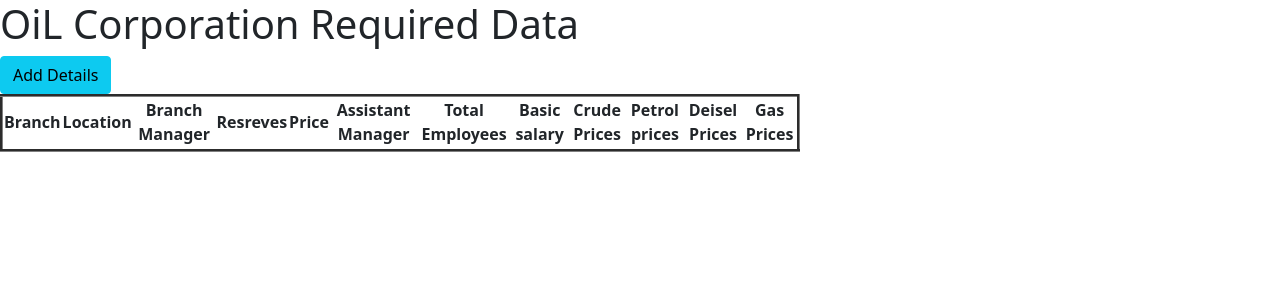
Repository: veerrajuMareddi/demo
Page: http://localhost/OilCorporation/views/unique.jsp
These files come from the project's save history. The page is drawn as it stood at one moment and after the next save; the edit follows.
The browser window is 1280 px wide. The pictures show the whole page.
The page is served by Tomcat 9. The template is opened directly, without the code that normally fills it, so the values that code supplies are empty.

Above is the page before, as saved 2022-05-03 13:31:46.

After the next save:
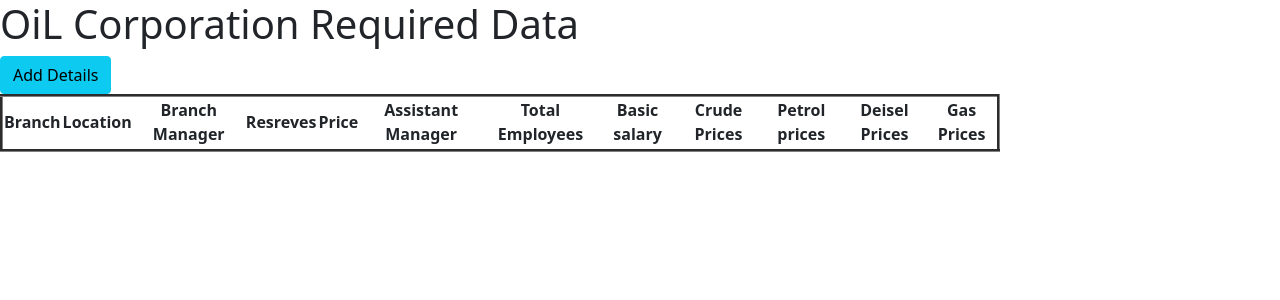
Saved 33 s later.
--- a/OilCorporation/src/main/webapp/views/unique.jsp
+++ b/OilCorporation/src/main/webapp/views/unique.jsp
@@ -29,7 +29,7 @@ pageEncoding="ISO-8859-1"%>
 <a class="btn btn-info" href="/src/callsave">Add Details</a>
 
 <br>
-<table border="3" width=800 style="text-align:center">
+<table border="3" width=1000 style="text-align:center">
 
 <tr>
 <center>
